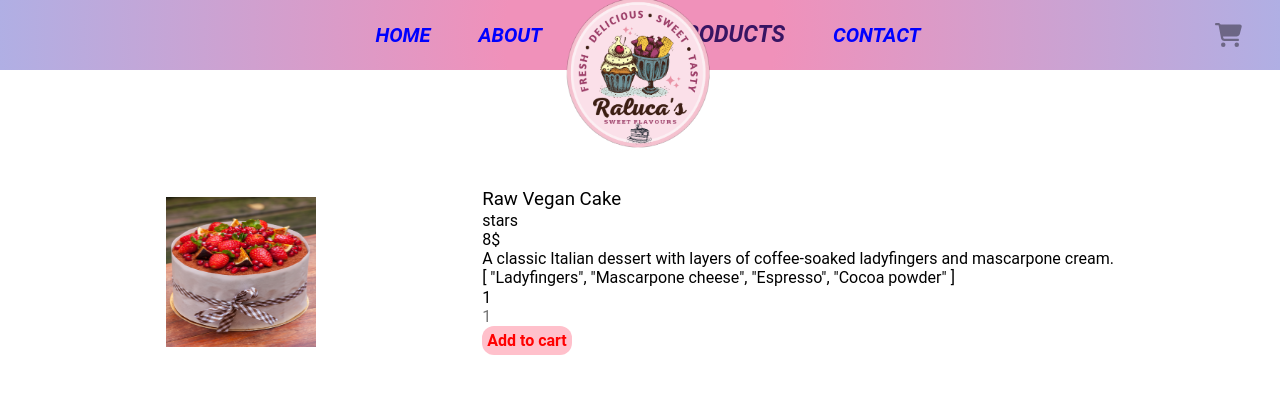
Repository: RalucaZota/cakeshop
Page: /products
The author's editor kept a copy of each file at every save. The page is drawn from the files as they stood at one save, then again after the next save.
The browser window is 1280 px wide. The pictures show the whole page.
The project was rebuilt for these pictures with package versions that can differ from the ones it lists, and the page was loaded fresh each time. Requests to the local data server were answered from the project's data file. Also part of the build but not shown: vite.config.js, src/components/FavoriteProduct.vue, src/data.js, src/components/ProductItem.vue, src/components/Testimonials.vue, src/views/Home.vue, src/components/StaffComponent.vue, src/components/CommentBox.vue and 3 more.

Above is the page before, as saved 2023-06-30 09:10:53.

### index.html
<!DOCTYPE html>
<html lang="en">
  <head>
    <meta charset="UTF-8">
    <link rel="icon" href="/favicon.ico">
    <meta name="viewport" content="width=device-width, initial-scale=1.0">
    <title>Vite App</title>
  </head>
  <body>
    <div id="app"></div>
    <script type="module" src="/src/main.js"></script>

  </body>
</html>

### src/main.js
import './assets/main.css'
import{ createApp } from "vue";
import App from './App.vue'
import router from './router'

import { library } from '@fortawesome/fontawesome-svg-core'
import { FontAwesomeIcon } from '@fortawesome/vue-fontawesome'
import { faBars } from '@fortawesome/free-solid-svg-icons'
import { faXmark } from '@fortawesome/free-solid-svg-icons'
import { faCartShopping } from '@fortawesome/free-solid-svg-icons'

import 'vuetify/styles'
import { createVuetify } from 'vuetify'
import * as components from 'vuetify/components'
import * as directives from 'vuetify/directives'

const vuetify = createVuetify({
    components,
    directives,
  })
library.add(faBars, faXmark, faCartShopping)

createApp(App)
.component('font-awesome-icon', FontAwesomeIcon).use(router, vuetify)
.mount('#app')

### src/assets/main.css
@import './base.css';

#app {
  margin: 0 auto;

  font-weight: normal;
}

html{
  line-height: 1.2 !important;
}

### src/App.vue
<script setup>
import Navbar from "./components/Navbar.vue"


</script>

<template>
<navbar/>


</template>

<style scoped>

</style>

### src/router/index.js
import { createRouter, createWebHistory } from 'vue-router'

const router = createRouter({
  history: createWebHistory(import.meta.env.BASE_URL),
  routes: [
    {
      path: '/',
      name: 'home',
      component: () => import('../views/Home.vue')
    },
    { path: '/about', name: 'about', component: () => import('../views/About.vue') },
    { path: '/products', name: 'products', component: () => import('../views/Products.vue') },
    { path: '/contact', name: 'contact', component: () => import('../views/Contact.vue') }
    // route level code-splitting
    // this generates a separate chunk (About.[hash].js) for this route
    // which is lazy-loaded when the route is visited.
  ]
})

export default router

### src/assets/base.css
/* color palette from <https://github.com/vuejs/theme> */
:root {
  --vt-c-white: #ffffff;
  --vt-c-white-soft: #f8f8f8;
  --vt-c-white-mute: #f2f2f2;

  --vt-c-black: #181818;
  --vt-c-black-soft: #222222;
  --vt-c-black-mute: #282828;

  --vt-c-indigo: #2c3e50;

  --vt-c-divider-light-1: rgba(60, 60, 60, 0.29);
  --vt-c-divider-light-2: rgba(60, 60, 60, 0.12);
  --vt-c-divider-dark-1: rgba(84, 84, 84, 0.65);
  --vt-c-divider-dark-2: rgba(84, 84, 84, 0.48);

  --vt-c-text-light-1: var(--vt-c-indigo);
  --vt-c-text-light-2: rgba(60, 60, 60, 0.66);
  --vt-c-text-dark-1: var(--vt-c-white);
  --vt-c-text-dark-2: rgba(235, 235, 235, 0.64);
}

/* semantic color variables for this project */
:root {
  --color-background: var(--vt-c-white);
  --color-background-soft: var(--vt-c-white-soft);
  --color-background-mute: var(--vt-c-white-mute);

  --color-border: var(--vt-c-divider-light-2);
  --color-border-hover: var(--vt-c-divider-light-1);

  --color-heading: var(--vt-c-text-light-1);
  --color-text: var(--vt-c-text-light-1);

  --section-gap: 160px;
}

@media (prefers-color-scheme: dark) {
  :root {
    --color-background: var(--vt-c-black);
    --color-background-soft: var(--vt-c-black-soft);
    --color-background-mute: var(--vt-c-black-mute);

    --color-border: var(--vt-c-divider-dark-2);
    --color-border-hover: var(--vt-c-divider-dark-1);

    --color-heading: var(--vt-c-text-dark-1);
    --color-text: var(--vt-c-text-dark-2);
  }
}

*,
*::before,
*::after {
  box-sizing: border-box;
  margin: 0;
  font-weight: normal;
}

### src/components/Navbar.vue
<template>
  <header :class="{ 'scrolled-nav': scrolledNav }">
    <nav >
      <div class="cart">
          <font-awesome-icon icon="fa-solid fa-cart-shopping" fade size="xl" />
        </div>
      <ul class="navigation" v-show="!mobile">
        <li>
          <RouterLink active-class="active" :to="{ name: 'home' }" class=" link"
            >Home</RouterLink
          >
        </li>
        <li>
          <RouterLink active-class="active" :to="{ name: 'about' }" class=" link"
            >About</RouterLink
          >
        </li>
        <div class="branding">
          <img src="../assets/images/logo.png" alt="logo"/>
        </div>
        <li>
          <RouterLink active-class="active" :to="{ name: 'products' }" class=" link"
            >Products</RouterLink
          >
        </li>
        <li>
          <RouterLink active-class="active" :to="{ name: 'contact' }" class=" link"
            >Contact</RouterLink
          >
        </li>
      </ul>
        <div class="icon">
          <font-awesome-icon icon="fa-solid fa-bars" size="lg" @click="openMobileNav" v-show="!mobileNav && mobile"  class="burger" :class="{'icon-active': mobileNav}"/>
          <font-awesome-icon  v-show="mobileNav" icon="fa-solid fa-xmark" beat size="xl" @click="closeMobileNav" class="close-nav" :class="{'icon-active': mobileNav}"/>
        </div>

      <transition name="mobile-nav">

        <ul v-show="mobileNav" class="dropdown-nav">
          <li>
            <div class="branding">
          <img src="../assets/images/logo.png" alt="logo"/>
        </div>
          </li>
          <li>
            <RouterLink active-class="active" :to="{ name: 'home' }" class="link"
              >Home</RouterLink
            >
          </li>
          <li>
            <RouterLink active-class="active" :to="{ name: 'about' }" class=" link"
              >About</RouterLink
            >
          </li>
          <li>
            <RouterLink active-class="active" :to="{ name: 'products' }" class=" link"
              >Products</RouterLink
            >
          </li>
          <li>
            <RouterLink active-class="active" :to="{ name: 'contact' }" class=" link"
              >Contact</RouterLink
            >
          </li>
        </ul>
      </transition>
    </nav>
  </header>

  <RouterView />
</template>
<script>
import { RouterLink, RouterView } from 'vue-router'
import Home from '../views/Home.vue'
import Products from '../views/Products.vue'
import About from '../views/About.vue'
import Contact from '../views/Contact.vue'
export default {
  name: 'navbar',
  components: {
    Home,
    Products,
    About,
    Contact
  },
  data(){
    return {
      scrolledNav: null,
      mobile: null,
      mobileNav: null,
      windowWidth: null,

    }
  },
  created(){
    window.addEventListener('resize', this.checkScreen);
    this.checkScreen()
  },
  mounted(){
    window.addEventListener('scroll', this.updateScroll)
  },
  methods:{
    openMobileNav(){
      this.mobileNav = true


    },
    closeMobileNav(){
      this.mobileNav = false

    },

    updateScroll(){
      const scrollPosition =  window.scrollY;
      if (scrollPosition > 50){
        this.scrolledNav = true;
        return;
      }
      this.scrolledNav = false
    },
    checkScreen(){
      this.windowWidth = window.innerWidth;
      if( this.windowWidth <= 750){
        this.mobile = true;
        return;
      }
      this.mobile = false;
      this.mobileNav = false;
    }
  }
}
</script>
<style lang="scss">
@import '../styles/Navbar.scss';
</style>

### src/views/Products.vue
<template>
    <div>
        <h1>PRODUCTS</h1>
       <single-product/>
    </div>
</template>
<script>

import SingleProduct from '../components/SingleProduct.vue';
export default {
    name: 'products',
    components:{
        SingleProduct


    }
}
</script>

### src/styles/Navbar.scss
header{
    width: 100%;
    position: fixed;
    transition: 0.5s ease all;
    background-color: transparent;
    z-index: 99;
    color: transparent;
    height: 68px;
    nav{
        display: flex;
        align-items: center;
        justify-content: space-evenly;
        flex-direction: row;
        background: rgb(238,174,202);
        background: rgb(240,145,186);
        background: rgb(240,145,186);
        background: radial-gradient(circle, rgba(240,145,186,1) 21%, rgba(176,175,228,1) 100%);
        transition: 0.5s ease all;
        padding: 5px 0;
        width: 100%;
        margin: 0 auto;
        text-decoration: none;
        position: relative;


        @media (min-width: 1140px) {
            max-width: 1300px;
        }
        @media (max-width: 749px) {
            width: 100%;
            padding: 20px;
        }
        ul,
        .link {
            color: blue;
            list-style: none;
            text-decoration: none;
        }
        li {
            text-transform: uppercase;
            padding: 16px;
            margin-left: 16px;
        }

        .link {
            font-weight: 700;
            font-style:italic;
            font-size: 20px;
            transition: 0.5s ease all;
            padding-bottom: 4px;
            border-bottom:  2px solid transparent;
            &:hover {
                color: #125159;
                border-color: purple;
            }
        }
        .branding {
            display: flex;
            align-items: center;
            margin-left: 80px;
            @media (max-width: 749px) {
                margin-left: 0px;
            }
            li.img{
                @media (max-width: 749px) {
                    padding-bottom: 0px;
            }
        }
            img {
                width: 150px;
                position: absolute;
                height: 155px;
                left: 44%;
                top: -10%;
                transition: .5s ease all;
                @media (max-width: 749px) {
                    position: relative;
                    width: 80px;
                    height: 80px;
                    left: 11%;
                }
            }
        }

        .active{
        font-weight: bold;
        font-size: 23px !important;
        color: #371563;
        font-weight: 700 !important;
        text-decoration: none;
        font-size: larger;

        }
        .cart{
        position: absolute;
        right: 3%;
        color: black;
        font-weight: 700;
    }
        .navigation {
            display: flex;
            align-items: center;
            flex: 1;
            justify-content: center;
    }
        .icon{
            display: flex;
            align-items: center;
            position: absolute;
            top: 0;
            left: 24px;
            height: 100%;
            color: black;
            transform: rotateZ(180deg);
            .burger{
            cursor: pointer;
            font-size: 24px;
            transition: .8s ease all;

        }
            .close-nav{
                color: black;
                font-weight: 600;
            }
    }
        .icon-active{

            color: red;
            display: inline-block;




    }
        .dropdown-nav{
            display: flex;
            flex-direction: column;
            align-items: center;
            position: fixed;
            width: 100%;
            max-width: 215px;
            height: 100%;
            background: radial-gradient(circle, rgba(240,145,186,1) 21%, rgba(176,175,228,1) 100%);
            top: 4.8%;
            left: 0;
            padding-left: 0px;
            line-height: 5px;
            padding-top: 10px;

            li{
                margin-left: 0;
                .link{
                    color: black;
                    font-weight: 600;
            }
        }

    }
        .mobile-nav-enter-active, .mobile-nav-leave-active {
            transition:  1s ease all;
        }
        .mobile-nav-enter-from, .mobile-nav-leave-to {
            transform: translateX((-250px));
        }
        .mobile-nav-enter-to {
            transform: translateX((0));
        }

}
}
.scrolled-nav{
    // box-shadow: 0 4px 6px -1px rgba(0, 0, 0, 0.1), 0 2px 4px -1px rgba(0, 0, 0, 0.06);
        nav{
            padding: 8px 0;
            .branding{
            // img{
            //     width: 40px;
            //     box-shadow: 0 4px 6px -1px rgba(0, 0, 0, 0.1), 0 2px 4px -1px rgba(0, 0, 0, 0.06);

            // }
        }
    }
}

### src/components/AddtoCartButton.vue
<template>
    <div>
        <a href="#" class="cart-button">
      <span></span>
      <span></span>
      <span></span>
      <span></span>
      Add to cart
    </a>
    </div>
</template>
<script>
export default {
    name: 'AddtoCartButton'
}
</script>
<style >
.cart-button {
    /* border: 2px solid hsl(317 100% 54%); */
    background-color: pink;
    border-radius: 12px;
    font-weight: 600;
    font-size: 16px;
    padding: 5px;
    position: relative;
    display: inline-block;
    color: red;
    text-decoration: none;
    overflow: hidden;
    transition: 0.2s;
}



.cart-button:hover {
    color: #255784;
    background:pink;
    box-shadow: 0 0 10px #2196f3, 0 0 40px #2196f3, 0 0 80px #2196f3;
    transition-delay: 1s;
}


.cart-button span {
    position: absolute;
    display: block;
}




.cart-button span:nth-child(1) {
    top: 0;
    left: -100%;
    width: 100%;
    height: 2px;
    background: linear-gradient(90deg, transparent, #2196f3);
}



.cart-button:hover span:nth-child(1) {
    left: 100%;
    transition: 1s;
}


.cart-button span:nth-child(3) {
    bottom: 0;
    right: -100%;
    width: 100%;
    height: 2px;
    background: linear-gradient(270deg, transparent, #2196f3);
}

.cart-button:hover span:nth-child(3) {
    right: 100%;
    transition: 1s;
    transition-delay: 0.5s;
}



.cart-button span:nth-child(2) {
    top: -100%;
    right: 0;
    width: 2px;
    height: 100%;
    background: linear-gradient(180deg, transparent, #2196f3);
}

.cart-button:hover span:nth-child(2) {
    top: 100%;
    transition: 1s;
    transition-delay: 0.25s;
}



.cart-button span:nth-child(4) {
    bottom: -100%;
    left: 0;
    width: 2px;
    height: 100%;
    background: linear-gradient(360deg, transparent, #2196f3);
}

.cart-button:hover span:nth-child(4) {
    bottom: 100%;
    transition: 1s;
    transition-delay: 0.75s;
}
</style>

### src/components/SingleProduct.vue
<template>
    <article class="product-article" v-for="{id, image, name, price, quantity, description, ingredients} in  singleProduct" :key="id">
        <div class="product-wrapper-div-img">
            <img :src="image" style="width: 150px; height: 150px;"/>
        </div>
        <div class="product-wrapper-div-details">
            <h3>{{ name }}</h3>
            <div>stars</div>
            <p>{{ price }}</p>
            <p> {{ description }}</p>
            <p> {{ ingredients }}</p>

            <div>
                <p>{{ quantity}}</p>
                <input :placeholder="quantity"/>
                <addto-cart-button/>
            </div>
        </div>
    </article>
</template>
<script>

import AddtoCartButton from './AddtoCartButton.vue'
import axios from 'axios'

export default {
    name: 'single-product',
    components:{
        AddtoCartButton

    },
    data(){
    return {
      singleProduct: {}
    }
  },
   async created() {

    try {
    const response = await axios.get('http://localhost:3000/desserts', {
        params: {
            _limit: 1,
        },
    })
    this.response = JSON.stringify(response.data)
    this.singleProduct = response.data
        console.log(response.data)


    } catch (error) {
      console.error(error.message)
    }


  }}

 </script>
 <style>
 @import '../styles/SingleProduct.scss';
 </style>

### src/styles/SingleProduct.scss
.product-article{
    margin-top: 150px;
    display: flex;
    align-items: center;
    justify-content:space-evenly;
    flex-direction: row;
}

### db.json

  {
     "desserts": [
    {
      "id": 1,
      "name": "Raw Vegan Cake",
      "price": "8$",
      "image": "./src/assets/images/cakes/rawveganchocolatecake.jpg",
      "quantity": 1,
      "description": "A classic Italian dessert with layers of coffee-soaked ladyfingers and mascarpone cream.",
      "ingredients": ["Ladyfingers", "Mascarpone cheese", "Espresso", "Cocoa powder"]
    },
    {
      "id": 2,
      "name": "Red Velvet Cake",
      "price": "9$",
      "image": "./src/assets/images/cakes/redvelvetcake.jpg",
      "quantity": 1,
      "description": "A rich and creamy dessert with a graham cracker crust, topped with your favorite fruit sauce.",
      "ingredients": ["Cream cheese", "Graham crackers", "Butter", "Sugar"]
    },
    {
      "id": 3,
      "name": "Oreo Icecream",
      "price": "6$",
      "image": "./src/assets/images/cakes/oreoicecream.jpg",
      "quantity": 1,
      "description": "A dense and fudgy chocolate dessert, perfect for chocolate lovers.",
      "ingredients": ["Chocolate", "Butter", "Sugar", "Flour", "Eggs"]
    },
    {
      "id": 4,
      "name": "Rain Forest Cake",
      "price": "6$",
      "image": "./src/assets/images/cakes/rainforestcake.jpg",
      "quantity": 1,
      "description": "A dense and fudgy chocolate dessert, perfect for chocolate lovers.",
      "ingredients": ["Chocolate", "Butter", "Sugar", "Flour", "Eggs"]
    },
    {
      "id": 5,
      "name": "Chocolate covered Waffles",
      "price": "5$",
      "image": "./src/assets/images/cakes/chocolate-covered-waffles.jpg",
      "quantity": 1,
      "description": "A classic Italian dessert with layers of coffee-soaked ladyfingers and mascarpone cream.",
      "ingredients": ["Ladyfingers", "Mascarpone cheese", "Espresso", "Cocoa powder"]
    },
    {
      "id": 6,
      "name": "Birthday Cake",
      "price": "5$",
      "image": "./src/assets/images/cakes/birthday-cake.jpg",
      "quantity": 1,
      "description": "A dense and fudgy chocolate dessert, perfect for chocolate lovers.",
      "ingredients": ["Chocolate", "Butter", "Sugar", "Flour", "Eggs"]
    },
    {
      "id": 7,
      "name": "Cake with butter cream & chocolate",
      "price": "5$",
      "image": "./src/assets/images/cakes/cakewithbuttercream--img2.jpg",
      "quantity": 1,
      "description": "A dense and fudgy chocolate dessert, perfect for chocolate lovers.",
      "ingredients": ["Chocolate", "Butter", "Sugar", "Flour", "Eggs"]
    },
    {
      "id": 8,
      "name": "ForestFruit Icecream",
      "price": "5$",
      "image": "./src/assets/images/cakes/forestfruiticecream.jpg",
      "quantity": 1,
      "description": "A dense and fudgy chocolate dessert, perfect for chocolate lovers.",
      "ingredients": ["Chocolate", "Butter", "Sugar", "Flour", "Eggs"]
    },
    {
      "id": 9,
      "name": "Marzipan Cream Cake",
      "price": "5$",
      "image": "./src/assets/images/cakes/marzipancream.jpg",
      "quantity": 1,
      "description": "A dense and fudgy chocolate dessert, perfect for chocolate lovers.",
      "ingredients": ["Chocolate", "Butter", "Sugar", "Flour", "Eggs"]
    },
    {
      "id": 10,
      "name": "Melon Cake",
      "price": "5$",
      "image": "./src/assets/images/cakes/melon.jpg",
      "quantity": 1,
      "description": "A dense and fudgy chocolate dessert, perfect for chocolate lovers.",
      "ingredients": ["Chocolate", "Butter", "Sugar", "Flour", "Eggs"]
    },
    {
      "id": 11,
      "name": "Raspberry macaroon",
      "price": "5$",
      "image": "./src/assets/images/cakes/Raspberrymacaroon.jpg",
      "quantity": 1,
      "description": "A dense and fudgy chocolate dessert, perfect for chocolate lovers.",
      "ingredients": ["Chocolate", "Butter", "Sugar", "Flour", "Eggs"]
    },
    {
      "id": 12,
      "name": "Cake with caramelized topper and milk cream",
      "price": "5$",
      "image": "./src/assets/images/cakes/caramelizedtopper.jpg",
      "quantity": 1,
      "description": "A dense and fudgy chocolate dessert, perfect for chocolate lovers.",
      "ingredients": ["Chocolate", "Butter", "Sugar", "Flour", "Eggs"]
    },
    {
      "id": 13,
      "name": "Chocolate cake",
      "price": "5$",
      "image": "./src/assets/images/cakes/chocolatecake.jpg",
      "quantity": 1,
      "description": "A dense and fudgy chocolate dessert, perfect for chocolate lovers.",
      "ingredients": ["Chocolate", "Butter", "Sugar", "Flour", "Eggs"]
    },
    {
      "id": 14,
      "name": "Brownie",
      "price": "5$",
      "image": "./src/assets/images/cakes/brownie.jpg",
      "quantity": 1,
      "description": "A dense and fudgy chocolate dessert, perfect for chocolate lovers.",
      "ingredients": ["Chocolate", "Butter", "Sugar", "Flour", "Eggs"]
    },
    {
      "id": 15,
      "name": "Fruit tart",
      "price": "5$",
      "image": "./src/assets/images/cakes/fruittart.jpg",
      "quantity": 1,
      "description": "A dense and fudgy chocolate dessert, perfect for chocolate lovers.",
      "ingredients": ["Chocolate", "Butter", "Sugar", "Flour", "Eggs"]
    },
    {
      "id": 16,
      "name": "Passion fruit icecream",
      "price": "5$",
      "image": "./src/assets/images/cakes/passionfruiticecream.jpg",
      "quantity": 1,
      "description": "A dense and fudgy chocolate dessert, perfect for chocolate lovers.",
      "ingredients": ["Chocolate", "Butter", "Sugar", "Flour", "Eggs"]
    },
    {
      "id": 17,
      "name": "Snickers icecream",
      "price": "5$",
      "image": "./src/assets/images/cakes/snickersicecream.jpg",
      "quantity": 1,
      "description": "A dense and fudgy chocolate dessert, perfect for chocolate lovers.",
      "ingredients": ["Chocolate", "Butter", "Sugar", "Flour", "Eggs"]
    },
    {
      "id": 18,
      "name": "Straberry cake",
      "price": "5$",
      "image": "./src/assets/images/cakes/strawberrycake.jpg",
      "quantity": 1,
      "description": "A dense and fudgy chocolate dessert, perfect for chocolate lovers.",
      "ingredients": ["Chocolate", "Butter", "Sugar", "Flour", "Eggs"]
    },
    {
      "id": 19,
      "name": "Tarts with butter & fruits",
      "price": "5$",
      "image": "./src/assets/images/cakes/tartsbutterfruits.jpg",
      "quantity": 1,
      "description": "A dense and fudgy chocolate dessert, perfect for chocolate lovers.",
      "ingredients": ["Chocolate", "Butter", "Sugar", "Flour", "Eggs"]
    },
    {
      "id": 20,
      "name": "Tiramisu",
      "price": "5$",
      "image": "./src/assets/images/cakes/tiramisu.jpg",
      "quantity": 1,
      "description": "A dense and fudgy chocolate dessert, perfect for chocolate lovers.",
      "ingredients": ["Chocolate", "Butter", "Sugar", "Flour", "Eggs"]
    },
    {
      "id": 21,
      "name": "Unicorn cake",
      "price": "5$",
      "image": "./src/assets/images/cakes/unicorncake.jpg",
      "quantity": 1,
      "description": "A dense and fudgy chocolate dessert, perfect for chocolate lovers.",
      "ingredients": ["Chocolate", "Butter", "Sugar", "Flour", "Eggs"]
    },
    {
      "id": 22,
      "name": "A little bit of cupcake",
      "price": "5$",
      "image": "./src/assets/images/cupcakes/Alittlebitofcupcake.jpg",
      "quantity": 1,
      "description": "A dense and fudgy chocolate dessert, perfect for chocolate lovers.",
      "ingredients": ["Chocolate", "Butter", "Sugar", "Flour", "Eggs"]
    },
    {
      "id": 23,
      "name": "Meringue cupcake",
      "price": "5$",
      "image": "./src/assets/images/cupcakes/merinquecupcake.jpg",
      "quantity": 1,
      "description": "A dense and fudgy chocolate dessert, perfect for chocolate lovers.",
      "ingredients": ["Chocolate", "Butter", "Sugar", "Flour", "Eggs"]
    },
    {
      "id": 24,
      "name": "Misletoe cupcake",
      "price": "5$",
      "image": "./src/assets/images/cupcakes/mistletoecupcake.jpg",
      "quantity": 1,
      "description": "A dense and fudgy chocolate dessert, perfect for chocolate lovers.",
      "ingredients": ["Chocolate", "Butter", "Sugar", "Flour", "Eggs"]
    },
    {
      "id": 25,
      "name": "Peony flowers cupcake",
      "price": "5$",
      "image": "./src/assets/images/cupcakes/peonyflowerscupcakes.jpg",
      "quantity": 1,
      "description": "A dense and fudgy chocolate dessert, perfect for chocolate lovers.",
      "ingredients": ["Chocolate", "Butter", "Sugar", "Flour", "Eggs"]
    },    {
      "id": 26,
      "name": "Multicolor muffin",
      "price": "5$",
      "image": "./src/assets/images/cupcakes/multicolormuffins.jpg",
      "quantity": 1,
      "description": "A dense and fudgy chocolate dessert, perfect for chocolate lovers.",
      "ingredients": ["Chocolate", "Butter", "Sugar", "Flour", "Eggs"]
    },    {
      "id": 27,
      "name": "Red velvet muffin",
      "price": "5$",
      "image": "./src/assets/images/cupcakes/redvelvetmuffin.jpg",
      "quantity": 1,
      "description": "A dense and fudgy chocolate dessert, perfect for chocolate lovers.",
      "ingredients": ["Chocolate", "Butter", "Sugar", "Flour", "Eggs"]
    },    {
      "id": 28,
      "name": "Tropical cupcake",
      "price": "5$",
      "image": "./src/assets/images/cupcakes/tropicalcupcake.jpg",
      "quantity": 1,
      "description": "A dense and fudgy chocolate dessert, perfect for chocolate lovers.",
      "ingredients": ["Chocolate", "Butter", "Sugar", "Flour", "Eggs"]
    }

  ]
}

After the next save:
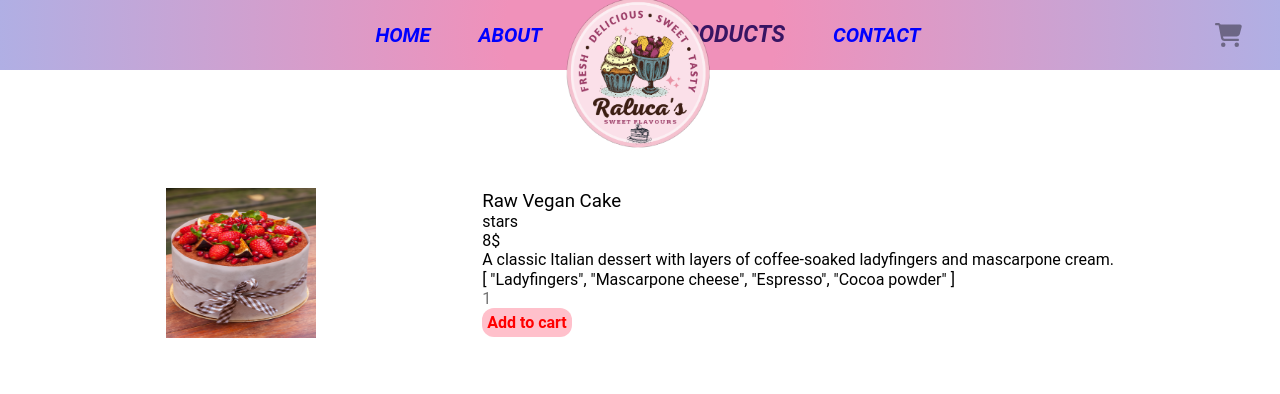
Saved 10 s later.
--- a/src/components/SingleProduct.vue
+++ b/src/components/SingleProduct.vue
@@ -11,7 +11,6 @@
             <p> {{ ingredients }}</p>
 
             <div>
-                <p>{{ quantity}}</p>
                 <input :placeholder="quantity"/>
                 <addto-cart-button/>
             </div>
